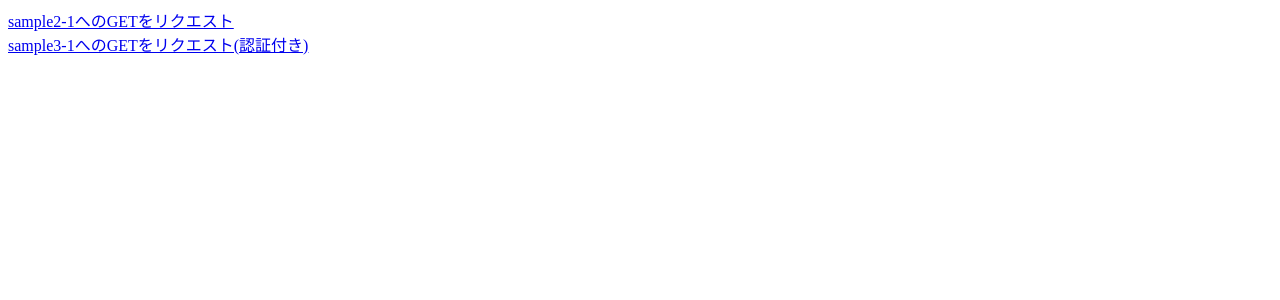
Repository: kuribayashi1026/hukamihukahuka
Page: src/main/resources/static/index.html
An editor plug-in stored every save of this project. The page is shown before and after the next save, followed by the edit.
The browser window is 1280 px wide. The pictures show the whole page.

Above is the page before, as saved 2020-10-13 15:19:56.

### src/main/resources/static/index.html
<!DOCTYPE html>
<html>

<head>
    <meta charset="utf-8">
    <title>SpringBoot Samples</title>
</head>

<body>
    <a href="/sample21">sample2-1へのGETをリクエスト</a><br>
    <a href="/sample3/step1">sample3-1へのGETをリクエスト(認証付き)</a>
</body>

</html>

After the next save:
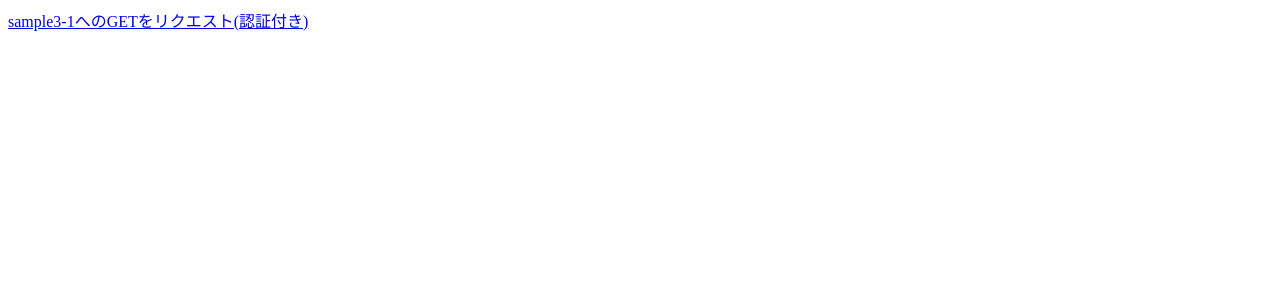
Saved 10 s later.
--- a/src/main/resources/static/index.html
+++ b/src/main/resources/static/index.html
@@ -7,7 +7,6 @@
 </head>
 
 <body>
-    <a href="/sample21">sample2-1へのGETをリクエスト</a><br>
     <a href="/sample3/step1">sample3-1へのGETをリクエスト(認証付き)</a>
 </body>
 
